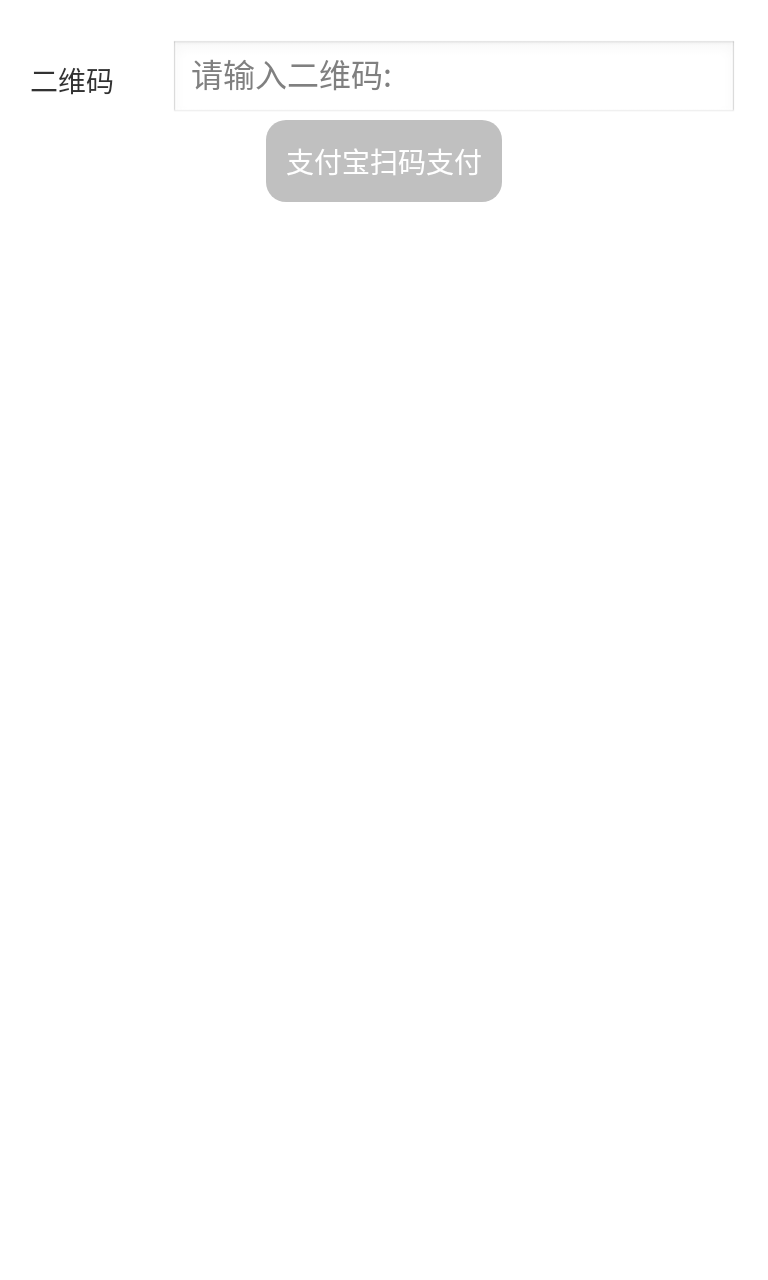
Repository: blanks1314/sysnc_android
Layout: UpayDemo/res/layout/fragment_wexin.xml
The author's editor kept a copy of each file at every save. The layout is drawn from the files as they stood at one save, then again after the next save.
It is drawn on a 768 x 1280 px phone screen (xhdpi) without system bars, with theme AppTheme; the app's code is not run.

Above is the layout before, as saved 2015-04-28 06:36:51.

After the next save:
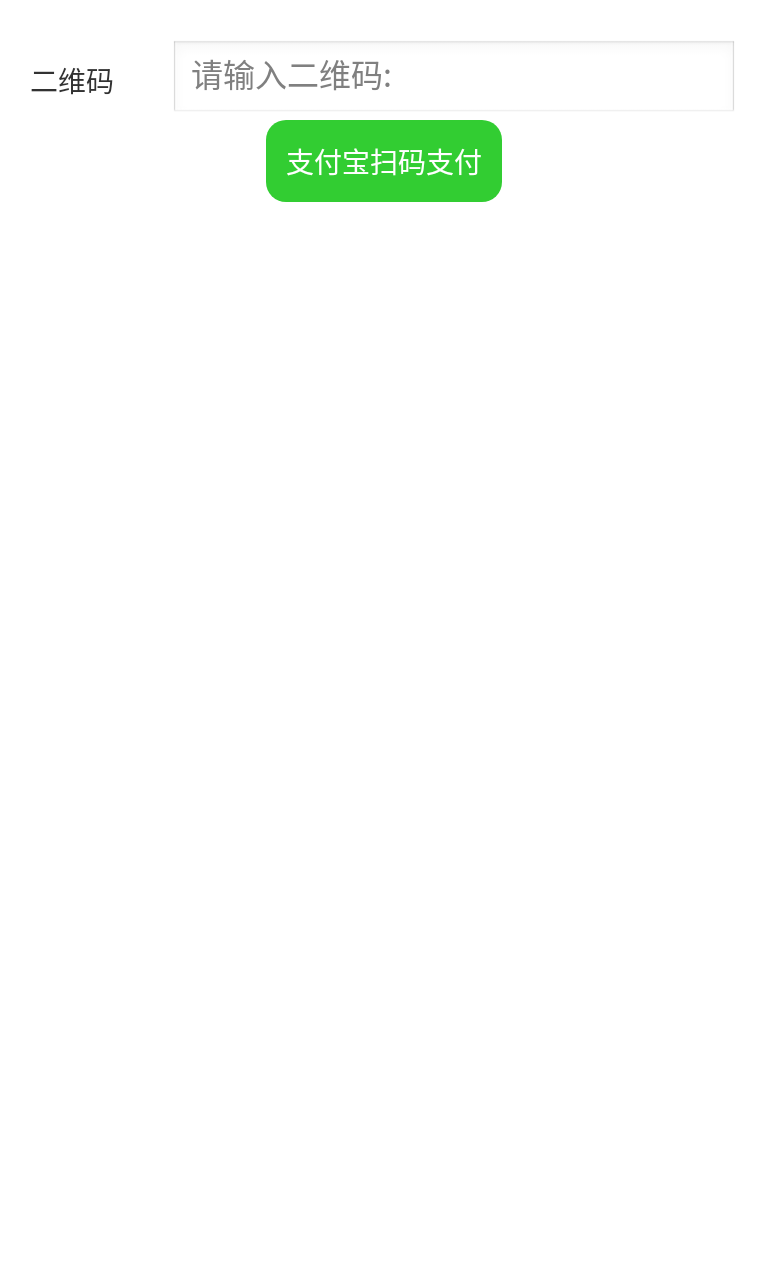
Saved 48 s later.
--- a/UpayDemo/res/values/color.xml
+++ b/UpayDemo/res/values/color.xml
@@ -4,7 +4,7 @@
     <color name="white">#FFFFFF</color>
     <color name="tab_text_normal">#696969</color>
     <color name="tab_text_selected">#73bf40</color>
-    <color name="btn_selecter_1">#C0C0C0</color>
+    <color name="btn_selecter_1">#32CD32</color>
     <color name="btn_selecter_2">#FFA500</color>
 
 </resources>
